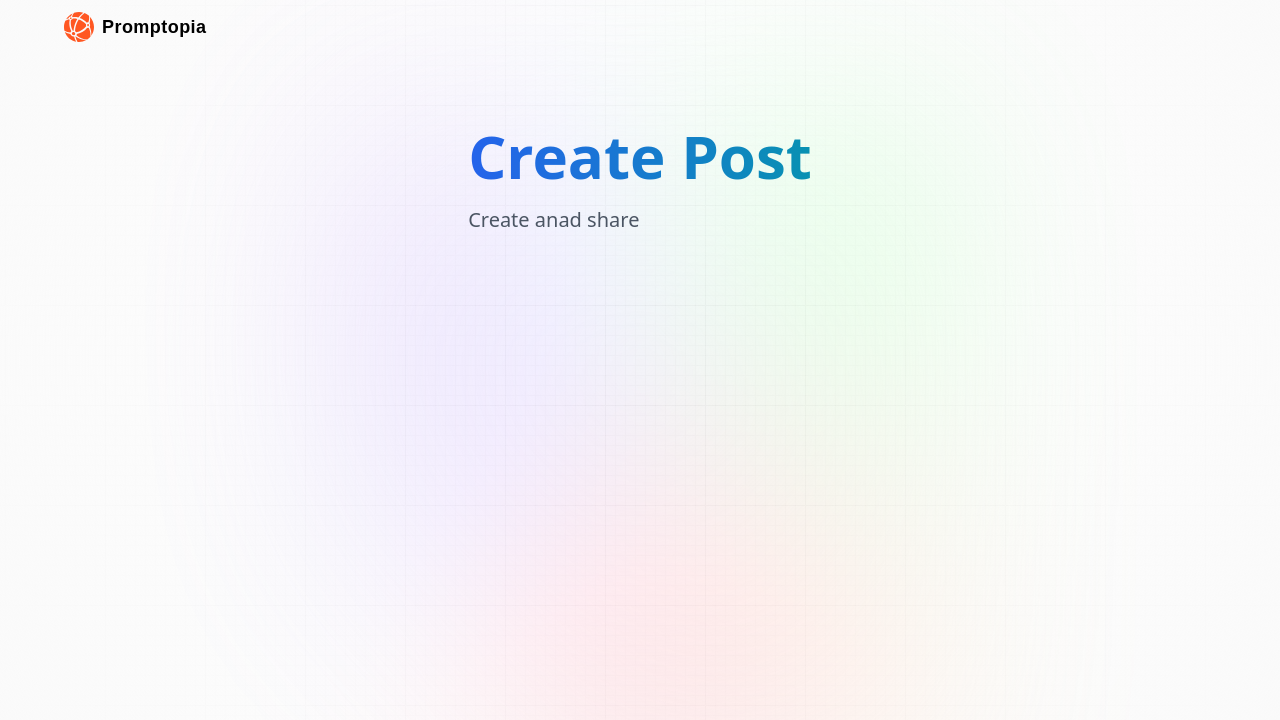
Repository: shraddesh123/promptAI
Page: /create-prompt
The author's editor kept a copy of each file at every save. The page is drawn from the files as they stood at one save, then again after a run of saves.
The browser window is 1280 px wide. The pictures show the whole page.
The page's requests for data from a server got no answer. The project was rebuilt for these pictures with package versions that can differ from the ones it lists, and the page was loaded fresh each time. The framework's server and built-in components were replaced by stand-ins that run in the browser. No one was signed in, and anything a server would have sent is missing. Also part of the build but not shown: next.config.mjs.

Above is the page before, as saved 2024-08-02 18:15:27.

After the next 4 saves:
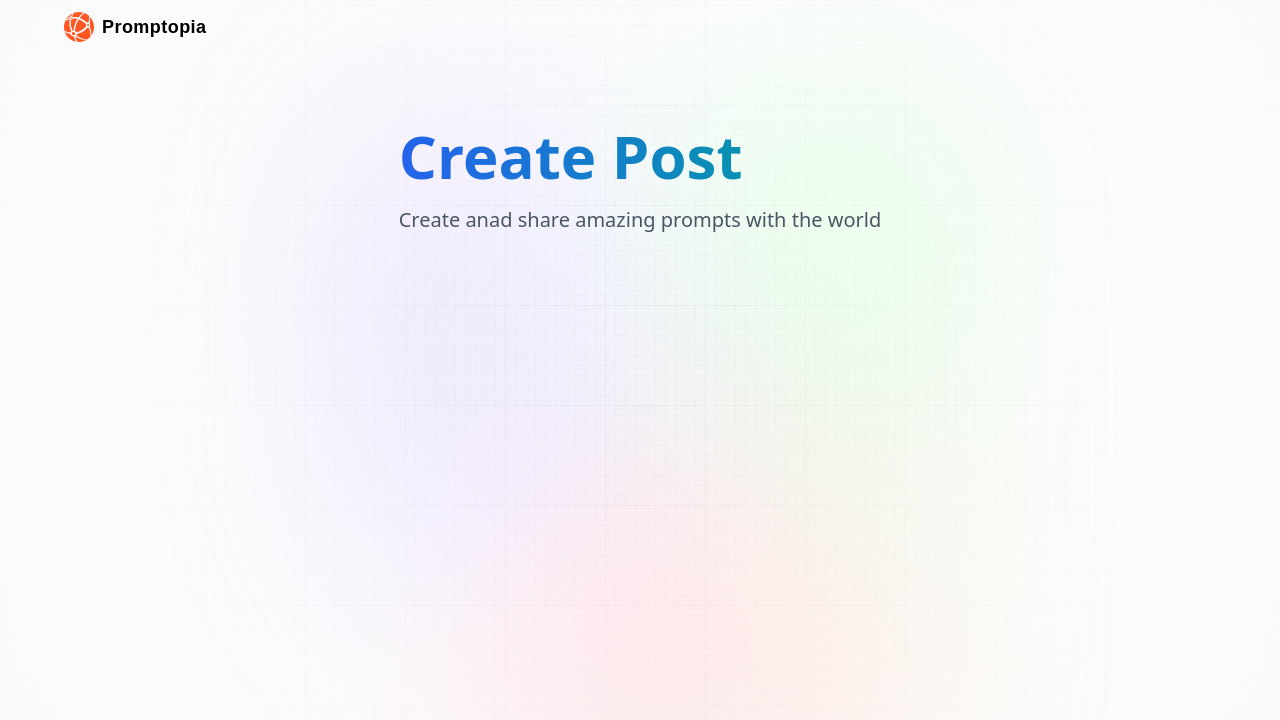
The 4 saves are shown as one change because they came seconds apart.
The last was saved 13 s later.
--- a/components/Form.jsx
+++ b/components/Form.jsx
@@ -5,7 +5,7 @@ const Form = ({ type, post, setPost, Submitting, handleSubmit }) => {
     <section className="w-full max-w-full flex-start flex-col">
       <h1 className="head_text text-left"> <span className="blue_gradient">{type} Post</span></h1>
       <p className="desc text-left max-w-md">
-          {type} anad share
+          {type} anad share amazing prompts with the world
       </p>
     </section>
   )
